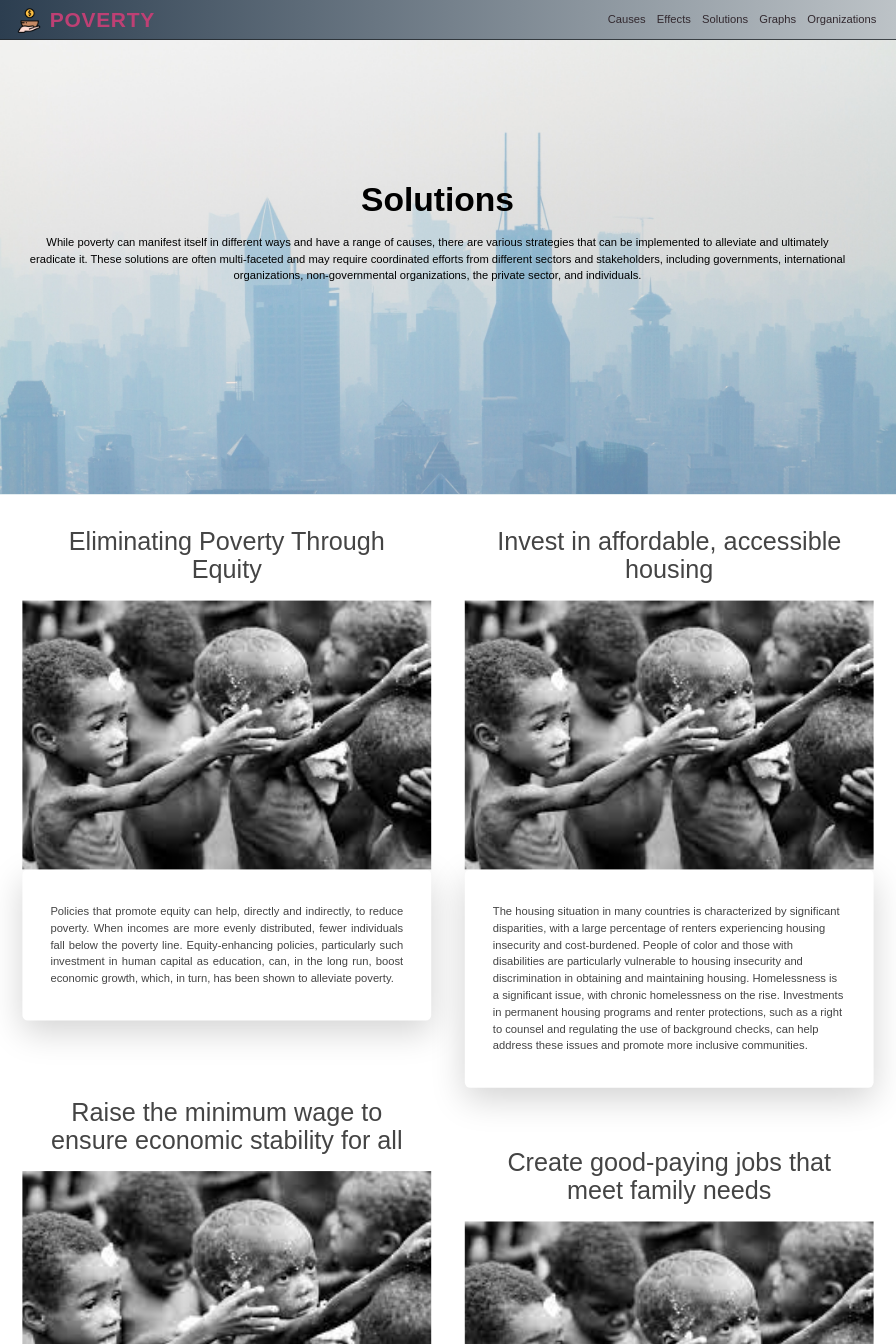
Repository: oscarhew/OSP_WIE2002
Page: solution.html
These files come from the project's save history. The page is drawn as it stood at one moment and after the next save; the edit follows.
The browser window is 1280 px wide. The pictures show the part of the page from y = 0 to 1920 px (the page is 3724 px tall), at 70% of full size.
Some web fonts or font styles are not loaded; a fallback is used.

Above is the page before, as saved 2023-04-07 21:37:00.

### solution.html
<!DOCTYPE html>
<html lang="en">

<head>
    <meta charset="UTF-8">
    <meta http-equiv="X-UA-Compatible" content="IE=edge">
    <meta name="viewport" content="width=device-width, initial-scale=1.0">
    <title>Poverty</title>

    <!-- Favicon -->
    <link href="assets/img/logo.png" rel="icon">

    <!-- Google Fonts -->
    <link
        href="https://fonts.googleapis.com/css?family=Open+Sans:300,300i,400,400i,600,600i,700,700i|Bahnschrift:300,300i,400,400i,500,500i,600,600i,700,700i|Poppins:300,300i,400,400i,500,500i,600,600i,700,700i"
        rel="stylesheet">

    <!-- Animate.css -->
    <link href="https://cdnjs.cloudflare.com/ajax/libs/animate.css/4.1.1/animate.min.css" rel="stylesheet" />

    <!-- Bootstrap 5 -->
    <link href="https://cdn.jsdelivr.net/npm/bootstrap@5.0.2/dist/css/bootstrap.min.css" rel="stylesheet"
        integrity="sha384-EVSTQN3/azprG1Anm3QDgpJLIm9Nao0Yz1ztcQTwFspd3yD65VohhpuuCOmLASjC" crossorigin="anonymous">
    <link rel="stylaesheet" href="https://cdn.jsdelivr.net/npm/bootstrap-icons@1.8.1/font/bootstrap-icons.css">

    <!-- Boxicons -->
    <link href='https://unpkg.com/boxicons@2.1.2/css/boxicons.min.css' rel='stylesheet'>

    <link href="https://unpkg.com/tailwindcss@^1.0/dist/tailwind.min.css" rel="stylesheet">


    <!-- Template Main CSS File -->
    <link href="assets/css/solution.css" rel="stylesheet">
</head>


<body class="d-flex flex-column min-vh-100">
    <!-- ======= Header ======= -->
    <nav id="header" class="navbar sticky-top navbar-expand-lg navbar-dark gradient-custom bg-dark p-2">
        <div class="container-fluid">
            <a class="px-1" href="index.php">
                <img src="assets/img/logo.png" alt="" width="35" height="35" class="d-inline-block align-text-top">
                <h1 class="logo"><a href="index.php">POVERTY</a></h1>
            </a>

            <div class="collapse navbar-collapse justify-content-end" id="navbarNavAltMarkup">
                <ul class="navbar-nav">
                    <li class="nav-item"><a class="nav-link" href="causes.html">Causes</a></li>
                    <li class="nav-item"><a class="nav-link" href="effects.html">Effects</a></li>
                    <li class="nav-item"><a class="nav-link" href="solution.html">Solutions</a></li>
                    <li class="nav-item"><a class="nav-link" href="graphs.html">Graphs</a></li>
                    <li class="nav-item"><a class="nav-link" href="organization.html">Organizations</a></li>
                </ul>
            </div>


            <button class="navbar-toggler" type="button" data-bs-toggle="collapse" data-bs-target="#navbarNavAltMarkup"
                aria-controls="navbarNavAltMarkup" aria-expanded="false" aria-label="Toggle navigation">
                <span class="navbar-toggler-icon"></span>
            </button>
        </div>
    </nav>
    <!-- End Header -->

    <section id="hero">
        <div id="heroCarousel" data-bs-interval="5000" class="carousel slide carousel-fade" data-bs-ride="carousel">

            <ol class="carousel-indicators" id="hero-carousel-indicators"></ol>

            <div class="carousel-inner" role="listbox">

                <!-- Slide 1 -->
                <div class="carousel-item active" style="background-image: url(assets/img/solutions/solution2.jpg)">
                    <div class="carousel-container">
                        <div class="container">
                            <h2>Solutions</h2>
                            <p class="header">

                                While poverty can manifest itself in different
                                ways and have a range of causes, there are
                                various strategies that can be implemented to
                                alleviate and ultimately eradicate it. These
                                solutions are often multi-faceted and may
                                require coordinated efforts from different
                                sectors and stakeholders, including governments,
                                international organizations, non-governmental
                                organizations, the private sector, and
                                individuals.

                            </p>
                        </div>
                    </div>
                </div>
            </div>
        </div>
    </section><!-- End Hero -->

    <!-- Container -->
    <div class="max-w-screen-xl mx-auto px-4">
        <!-- Grid wrapper -->
        <div class="-mx-4 flex flex-wrap">
            <!-- Grid column -->
            <div class="w-full p-4 sm:w-1/2 lg:w-1/2">
                <h1 class="text-center text-4xl p-4">Eliminating Poverty Through Equity</h1>
                <img src="assets/img/effects/malnutrition.jpg" alt="mal" class="object-cover w-full h-50">
                <div class="px-10 py-12 bg-white rounded-lg shadow-lg text-justify">
                    Policies that promote equity can help, directly and
                    indirectly, to reduce poverty. When incomes are more evenly
                    distributed, fewer individuals fall below the poverty line.
                    Equity-enhancing policies, particularly such investment in
                    human capital as education, can, in the long run, boost
                    economic growth, which, in turn, has been shown to alleviate
                    poverty.
                </div>
            </div>
            <!-- Grid column -->
            <div class="w-full p-4 sm:w-1/2 lg:w-1/2">
                <h1 class="text-center text-4xl p-4">Invest in affordable, accessible housing</h1>
                <img src="assets/img/effects/malnutrition.jpg" alt="mal" class="object-cover w-full h-50">
                <div class="px-10 py-12 bg-white rounded-lg shadow-lg">
                    The housing situation in many countries is characterized by
                    significant disparities, with a large percentage of renters
                    experiencing housing insecurity and cost-burdened. People of
                    color and those with disabilities are particularly
                    vulnerable to housing insecurity and discrimination in
                    obtaining and maintaining housing. Homelessness is a
                    significant issue, with chronic homelessness on the rise.
                    Investments in permanent housing programs and renter
                    protections, such as a right to counsel and regulating the
                    use of background checks, can help address these issues and
                    promote more inclusive communities.
                </div>
            </div>
            <!-- Grid column -->
            <div class="w-full p-4 sm:w-1/2 lg:w-1/2">
                <h1 class="text-center text-4xl p-4">Raise the minimum wage to ensure economic stability for all</h1>
                <img src="assets/img/effects/malnutrition.jpg" alt="mal" class="object-cover w-full h-50">
                <div class="px-10 py-12 bg-white rounded-lg shadow-lg">
                    Congress must raise the federal minimum wage, which has not
                    been increased in more than a decade and is currently just
                    $7.25 per hour. This is not enough to keep workers out of
                    poverty, and the subminimum wage for tipped and disabled
                    workers only exacerbates the problem. The Raise the Wage Act
                    proposes a gradual increase to $15 per hour by 2025 and
                    indexing it to median wage growth thereafter. It also phases
                    out subminimum wages for tipped, teenage, and disabled
                    workers. These changes would lift millions out of poverty
                    and disproportionately benefit marginalized communities.
                </div>
            </div>

            <!-- Grid Column Row 2 -->
            <div class="w-full p-4 sm:w-1/2 lg:w-1/2">
                <br>
                <br>
                <br>
                <h1 class="text-center text-4xl p-4">Create good-paying jobs that meet family needs</h1>
                <img src="assets/img/effects/malnutrition.jpg" alt="mal" class="object-cover w-full h-50">
                <div class="px-10 py-12 bg-white rounded-lg shadow-lg">
                    To build a more equitable economy, federal investment is
                    needed to create new jobs through initiatives such as the
                    American Jobs Plan, which proposes investing $2.3 trillion
                    in areas such as green energy, caregiving, domestic
                    manufacturing, and infrastructure. The plan aims to provide
                    decent wages and benefits and make these jobs accessible to
                    all Americans. If passed, it could help rebuild the economy
                    and address the gap of 7.6 million jobs lost since February
                    2020, promoting financial security and savings for the
                    future.
                </div>
            </div>

            <!-- Grid Column Row 2 -->
            <div class="w-full p-4 sm:w-1/1 lg:w-1/1">
                <br>
                <br>
                <br>
                <h1 class="text-center text-4xl p-4">Expand safety net programs to benefit all in need</h1>
                <img src="assets/img/effects/malnutrition.jpg" alt="mal" class="object-cover w-full h-50">
                <div class="px-10 py-12 bg-white rounded-lg shadow-lg text-justify">
                    The COVID-19 pandemic has highlighted the inadequacies of
                    America's safety net programs. Unemployment insurance (UI)
                    and Supplemental Nutrition Assistance Program (SNAP) have
                    not been able to provide sufficient support to those in
                    need. While temporary federal expansions have provided
                    relief, many governors are cutting benefits, leaving
                    millions in dire straits. The American Rescue Plan has made
                    progress in expanding food assistance programs but
                    eligibility for SNAP must be further expanded to include
                    excluded groups. Lawmakers must invest in and modernize
                    safety net programs and implement automatic triggers to
                    expand benefits during future economic shocks. This would
                    not only prevent people from falling into poverty but also
                    stimulate the economy by giving timely relief to those in
                    need
                </div>
            </div>
        </div>
    </div>
</body>

<!-- footer start -->
<footer id="footer" class="mt-auto">
    <div class="container">
        <h3>Poverty</h3>
        <div class="social-links">
            <a href="#" class="twitter"><i class="bx bxl-twitter"></i></a>
            <a href="#" class="facebook"><i class="bx bxl-facebook"></i></a>
            <a href="#" class="instagram"><i class="bx bxl-instagram"></i></a>
            <a href="#" class="linkedin"><i class="bx bxl-linkedin"></i></a>
        </div>
        <div class="copyright">
            &copy; 2023 Copyright <strong><span>Poverty</span></strong>. All Rights Reserved
        </div>
    </div>
</footer>
<!-- footer end -->

</html>

Loaded but not shown: assets/css/solution.css (633 lines, source omitted)

After the next save:
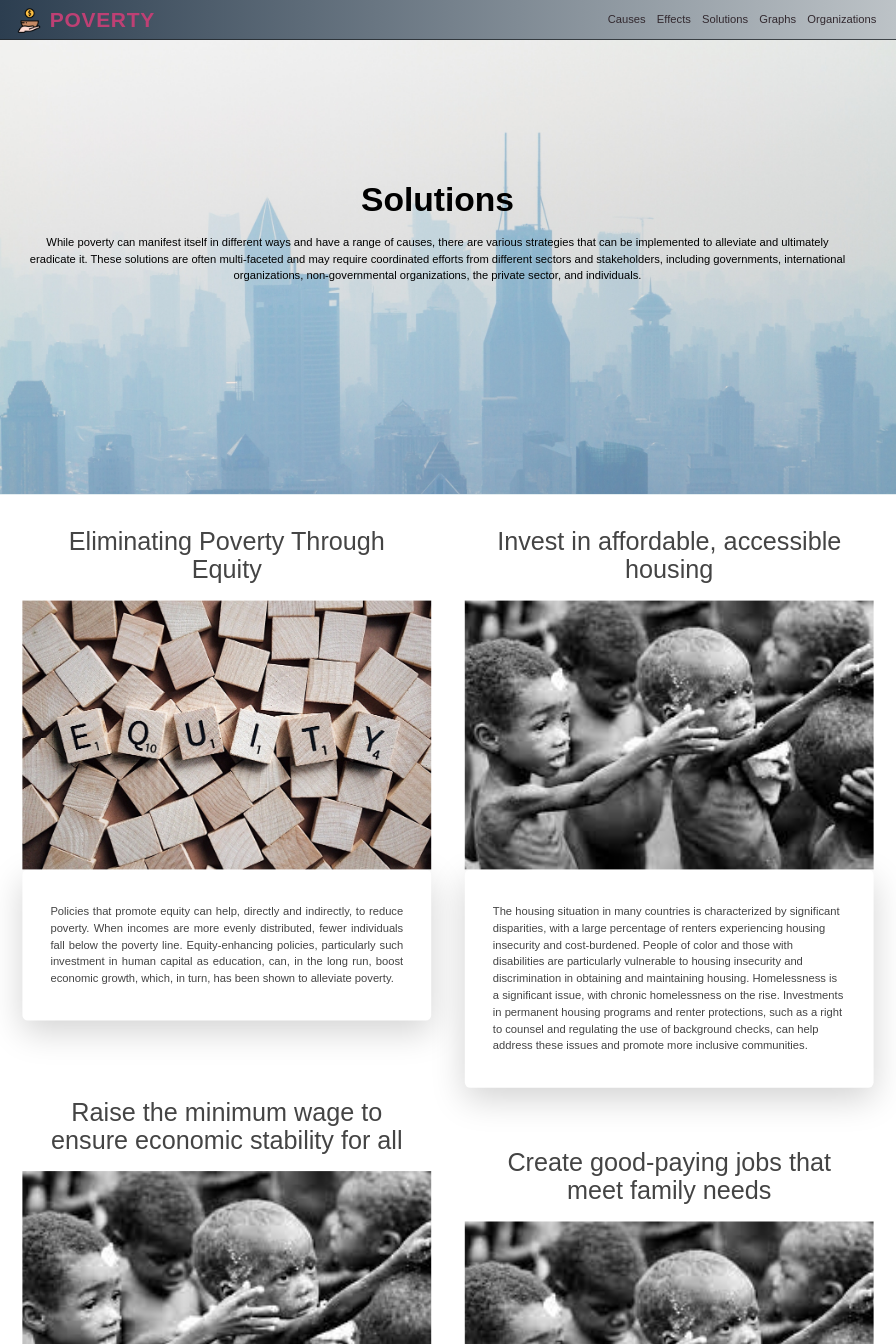
Saved 5 min 17 s later.
--- a/solution.html
+++ b/solution.html
@@ -102,7 +102,7 @@
             <!-- Grid column -->
             <div class="w-full p-4 sm:w-1/2 lg:w-1/2">
                 <h1 class="text-center text-4xl p-4">Eliminating Poverty Through Equity</h1>
-                <img src="assets/img/effects/malnutrition.jpg" alt="mal" class="object-cover w-full h-50">
+                <img src="assets/img/solutions/equity.jpg" alt="mal" class="object-cover w-full h-50">
                 <div class="px-10 py-12 bg-white rounded-lg shadow-lg text-justify">
                     Policies that promote equity can help, directly and
                     indirectly, to reduce poverty. When incomes are more evenly
